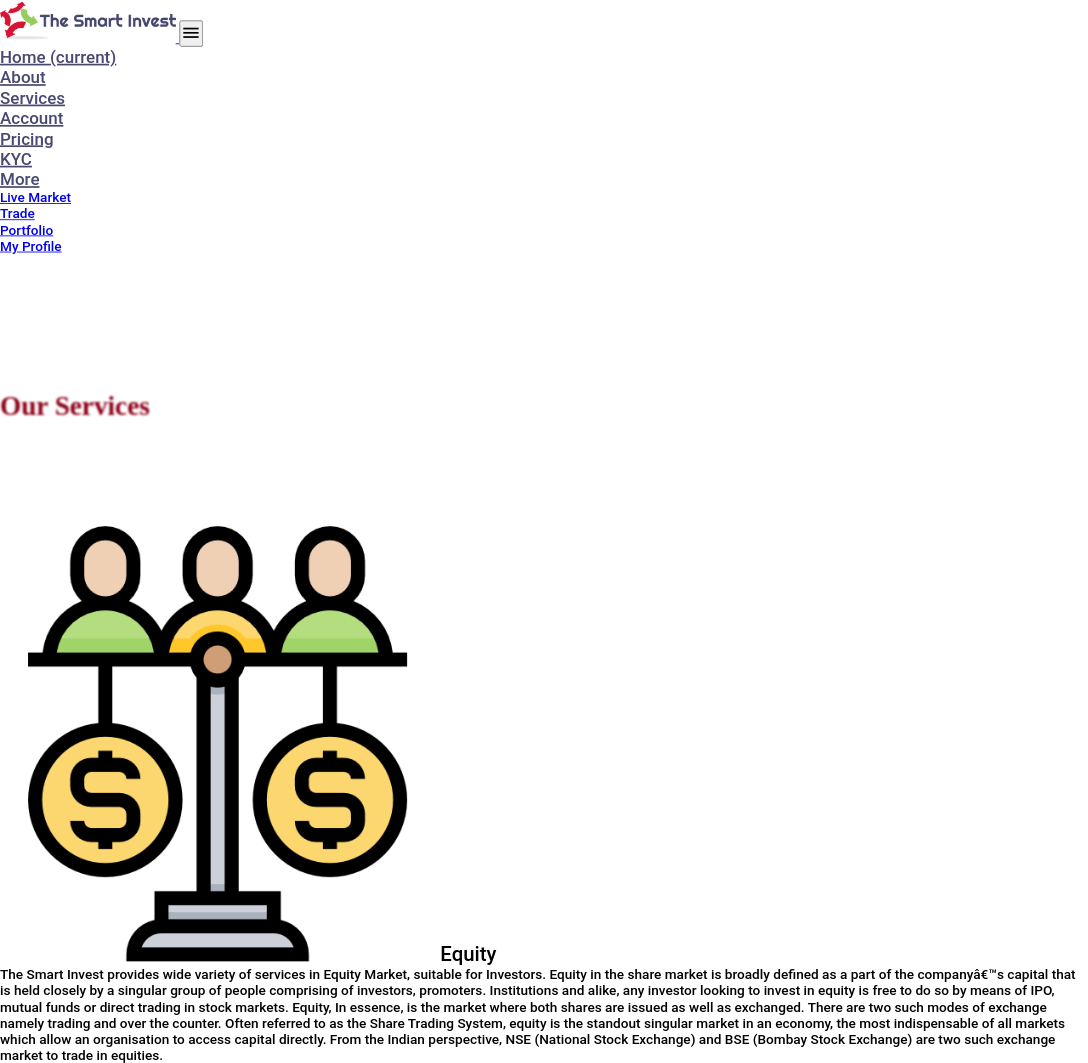
Repository: Demonster1999/Invest-Mart-new
Page: services.html
The author's editor kept a copy of each file at every save. The page is drawn from the files as they stood at one save, then again after a run of saves.
The browser window is 1280 px wide. The pictures show the whole page, at 85% of full size.
Some web libraries are served in a nearby version.

Above is the page before, as saved 2020-05-01 21:31:09.
Console error: TypeError: Failed to execute 'addEventListener' on 'EventTarget': parameter 2 is not of type 'Object'.

### services.html
<!doctype html>
<html lang="en">

<head>
  <!-- Required meta tags -->
  <meta charset="utf-8">
  <meta name="viewport" content="width=device-width, initial-scale=1, shrink-to-fit=no">

  <!-- Material Design for Bootstrap fonts and icons -->
  <link rel="stylesheet" href="https://fonts.googleapis.com/css?family=Roboto:300,400,500,700|Material+Icons">

  <!-- Material Design for Bootstrap CSS -->
  <link rel="stylesheet"
    href="https://unpkg.com/bootstrap-material-design@4.1.1/dist/css/bootstrap-material-design.min.css"
    integrity="sha384-wXznGJNEXNG1NFsbm0ugrLFMQPWswR3lds2VeinahP8N0zJw9VWSopbjv2x7WCvX" crossorigin="anonymous">

    <link rel="stylesheet" href="static/css/custom.css">
  <title>Services: Invest-Smart</title>
</head>

<body style = "font-family : ROBOTO MEDIUM" onload="window.addEventListener('load', fadeEffect);">
  <!-- preloader start -->
<div class="preloader" style="opacity: 1;">
  <img src="static/imgs/preloaderspin.svg" class="filler-green" alt="spinner">
</div>
  <!-- preloader end  -->

  <!-- nav start -->

  <nav class="navbar navbar-expand-lg fixed-top   text-center   ">
     <a class="navbar-brand" href="#">
       <img src="static/imgs/smartlogo.png"  height = "50"
         class="d-inline-block align-top" alt="">

     </a>
  <button class="navbar-toggler" type="button" data-toggle="collapse" data-target="#navbarSupportedContent"
    aria-controls="navbarSupportedContent" aria-expanded="false" aria-label="Toggle navigation">
    <span class="navbar-toggler-icon material-icons">menu</span>
  </button>

    <div class="collapse navbar-collapse justify-content-end  " id="navbarSupportedContent">
      <ul class="navbar-nav ">
        <li class="nav-item active mx-2 p-2">
          <a class="nav-link2" href="index.html">Home <span class="sr-only">(current)</span></a>
        </li>

        <li class="nav-item mx-2  p-2">
          <a href="About.html" class="nav-link2">About</a>
        </li>
        <li class="nav-item mx-2 p-2"><a href="services.html" class="nav-link2 ">Services</a></li>
        <li class="nav-item mx-2 p-2"><a href="Account.html" class="nav-link2">Account</a></li>
        <li class="nav-item mx-2 p-2"><a href="pricing.html" class="nav-link2">Pricing</a> </li>
        <li class="nav-item mx-2 p-2">
          <a class="nav-link2 " href="kyc.html">KYC</a>
        </li>
        <li class="nav-item mx-2 p-2 dropdown">
          <a class="nav-link2 dropdown-toggle" href="#" id="navbarDropdown" role="button" data-toggle="dropdown"
            aria-haspopup="true" aria-expanded="false">
            More
          </a>
          <div class="dropdown-menu" style= "background-color : rgba(255,255,255,0.45)" aria-labelledby="navbarDropdown">
            <a class="dropdown-item" href="#">Live Market</a>
            <div class="dropdown-divider"></div>
            <a class="dropdown-item" href="#">Trade</a>
            <div class="dropdown-divider"></div>
            <a class="dropdown-item" href="#">Portfolio</a>
            <div class="dropdown-divider"></div>
            <a class="dropdown-item" href="#">My Profile</a>
          </div>
        </li>

      </ul>

    </div>
  </nav>

  <!--  services Banner  -->

  <div class="top-wrapper p-5 text-center ">

    <h1 >
      Our Services
    </h1>

  </div>

  <!-- services Provided
   -->
   <div class="services container pt-5 mt-5">
     <div class="row">
       <h2 class=" col-md-6"> <img src="static/imgs/icons/equity.png"  alt=""> Equity </h2>
       <p>
        The Smart Invest provides wide variety of services in Equity Market, suitable for Investors. Equity in the share market
        is broadly defined as a part of the companyâ€™s capital that is held closely by a singular group of people comprising of
        investors, promoters. Institutions and alike, any investor looking to invest in equity is free to do so by means of IPO,
        mutual funds or direct trading in stock markets. Equity, In essence, is the market where both shares are issued as well
        as exchanged. There are two such modes of exchange namely trading and over the counter. Often referred to as the Share
        Trading System, equity is the standout singular market in an economy, the most indispensable of all markets which allow
        an organisation to access capital directly. From the Indian perspective, NSE (National Stock Exchange) and BSE (Bombay
        Stock Exchange) are two such exchange market to trade in equities.
       </p>

     </div>
   </div>





    <script src="https://code.jquery.com/jquery-3.2.1.slim.min.js"
    integrity="sha384-KJ3o2DKtIkvYIK3UENzmM7KCkRr/rE9/Qpg6aAZGJwFDMVNA/GpGFF93hXpG5KkN"
    crossorigin="anonymous"></script>
  <script src="https://unpkg.com/popper.js@1.12.6/dist/umd/popper.js"
    integrity="sha384-fA23ZRQ3G/J53mElWqVJEGJzU0sTs+SvzG8fXVWP+kJQ1lwFAOkcUOysnlKJC33U"
    crossorigin="anonymous"></script>
  <script src="https://unpkg.com/bootstrap-material-design@4.1.1/dist/js/bootstrap-material-design.js"
    integrity="sha384-CauSuKpEqAFajSpkdjv3z9t8E7RlpJ1UP0lKM/+NdtSarroVKu069AlsRPKkFBz9"
    crossorigin="anonymous"></script>
  <script>$(document).ready(function () { $('body').bootstrapMaterialDesign(); });</script>
  <script>
    const preloader = document.querySelector('.preloader');
    const fadeEffect = setInterval(() => {
      // if we don't set opacity 1 in CSS, then
      // it will be equaled to "" -- that's why
      // we check it, and if so, set opacity to 1
      if (!preloader.style.opacity) {
        preloader.style.opacity = 1;
      }
      if (preloader.style.opacity > 0) {
        preloader.style.opacity -= 0.1;
        preloader.classList.add("loaded");
      } else {
        clearInterval(fadeEffect);
      }

    }, 100);



  </script>
</body>

</html>

### static/css/custom.css
* {
  margin: 0;
  padding: 0;
}

.overlay {
  position: fixed;
  top: 0;
  left: 0;
  width: 100%;
  height: 100%;
  z-index: 1000;
}

html,
body {
  height: 100%;
}

body::-webkit-scrollbar {
  width: 0;

}
/* Nav Style  */
.navbar{
  background-color: rgba(255,255,255,0.45);
}

a.nav-link2{
  font-weight: bolder;
  font-size: 20px;
  color:#484971;

  width:5%;
  transition: .5s;
}
 a.nav-link2:hover{
 color: hsl(351, 69%, 58%);
  font-weight: 900;
   font-size: 25px;

 width:100%;

}
.nav-item a.nav-link:active {
   color: hsl(351, 69%, 58%);
   font-weight: 900;
   font-size: 25px;
   border-bottom: solid #de4a61;
   width: 100%;

 }

 /* nav Styles End  */

/* Picture Caption Hover Effect  */
.container2 {
  position: relative;
  width: 50%;
}

.image {
  display: block;
  width: 100%;
  height: auto;
}

.overlay {
  position: absolute;
  bottom: 0;
  left: 0;
  right: 0;
  background-color: #fff;
  overflow: hidden;
  width: 100%;
  height: 0;
  transition: .5s ease;
}

.container2:hover .overlay {
  height: 100%;
}

.text {
  color: #484971;
  font-size: 15px;
  font-weight: bold;
  position: absolute;
  top: 50%;
  left: 50%;
  -webkit-transform: translate(-50%, -50%);
  -ms-transform: translate(-50%, -50%);
  transform: translate(-50%, -50%);
  text-align: justify;
}
/* Picture Caption hover Effect end  */

.carousel-inner {
  width: 100%;


}

/* main page Carousel */
.carousel-item img {
  opacity: 0.2;
  width: 100%;
  height : 640px;
  object-fit: cover;
}

/* carosel Caption for main page  */
.carousel-caption {
  position : absolute;
  text-align: center;
  top : 30%;
  position:absolute;
  z-index: 30px;

}

/* Position of Join us button and hover */
.pos {
  position: absolute;
  z-index: 60px;
  bottom : 0;
  right: 0;
  font-size: 25px;

}
.pos:hover{
     border: 1px solid #888;
    }


    /* preloader effect */
.preloader {
  align-items: center;
  background: #fff;
  display: flex;
  height: 100vh;
  justify-content: center;
  left: 0;
  position: fixed;
  top: 0;
  transition: opacity 0.3s linear;
  width: 100%;
  z-index: 9999;
  opacity: 1;
  transform: opacity 1s linear;


}
 .filter-green {
   fill: red;

 }
.preloader.loaded {

  display: none;
}

    /* preloader  */


    /* Top wrapper  */
.top-wrapper{
 width : 100%;
 height : 320px;
  background-color: #fff;

}
.top-wrapper h1{
  position: relative;
  color: #8C001A;
  top : 50%;
  filter: blur(1px);
  font-family: cursive;
}

.ourteam{
width:100%;
filter: blur(2px);
opacity: 0.5;

}

.ourteam-text2 {

  color: #484971;
  font-size: 20px;
  font-weight: 500;
  text-align: justify;
  font-family: Cambria,
    Cochin,
    Georgia,
    Times,
    'Times New Roman',
    serif;
}

.ourteam + h1{
  position: absolute;
  top: 40%;
  left : 20%;
  text-align: center;
  color: #8C001A;
  border-bottom: 5px #97cc5e solid;
  border-top: 5px #97cc5e solid;

}


.ourteam-text{

color:#484971;
font-size: 20px ;
font-weight: 500;
text-align: justify;
font-family: Cambria,
Cochin,
Georgia,
Times,
'Times New Roman',
serif;
}


.employee
{
 width: 100%;
 height : 640px;
 filter: drop-shadow(3px);

}

.employee + h1 {
  position: absolute;
  top: 50%;
  color: #fff;

}
@media only screen and (min-width: 768px){


.ourteam + h1 {
  position: absolute;
  top: 40%;
  left: 25%;
  text-align: center;
  font-size: 100px;
  font-family: cursive;
  z-index: 10px;

}

.ourteam-text {

  position: relative;
  top : 25%;
  font-size: xx-large;
}




}

After the next 2 saves:
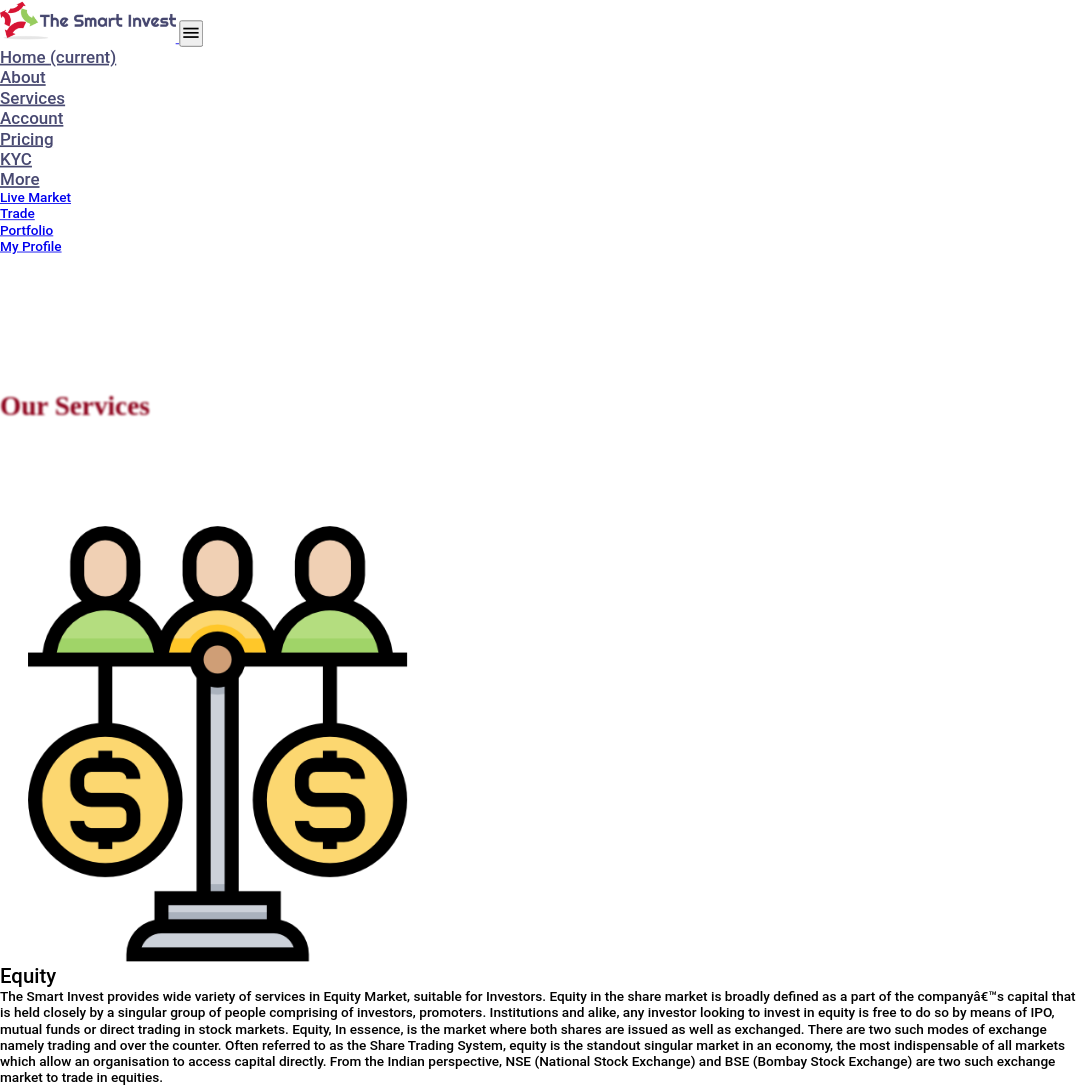
The 2 saves are shown as one change because they came seconds apart.
The last was saved 28 s later.
--- a/services.html
+++ b/services.html
@@ -88,7 +88,8 @@
    -->
    <div class="services container pt-5 mt-5">
      <div class="row">
-       <h2 class=" col-md-6"> <img src="static/imgs/icons/equity.png"  alt=""> Equity </h2>
+      <img src="static/imgs/icons/equity.png" alt="">
+       <h2 class=" m-2">  Equity </h2>
        <p>
         The Smart Invest provides wide variety of services in Equity Market, suitable for Investors. Equity in the share market
         is broadly defined as a part of the companyâ€™s capital that is held closely by a singular group of people comprising of
